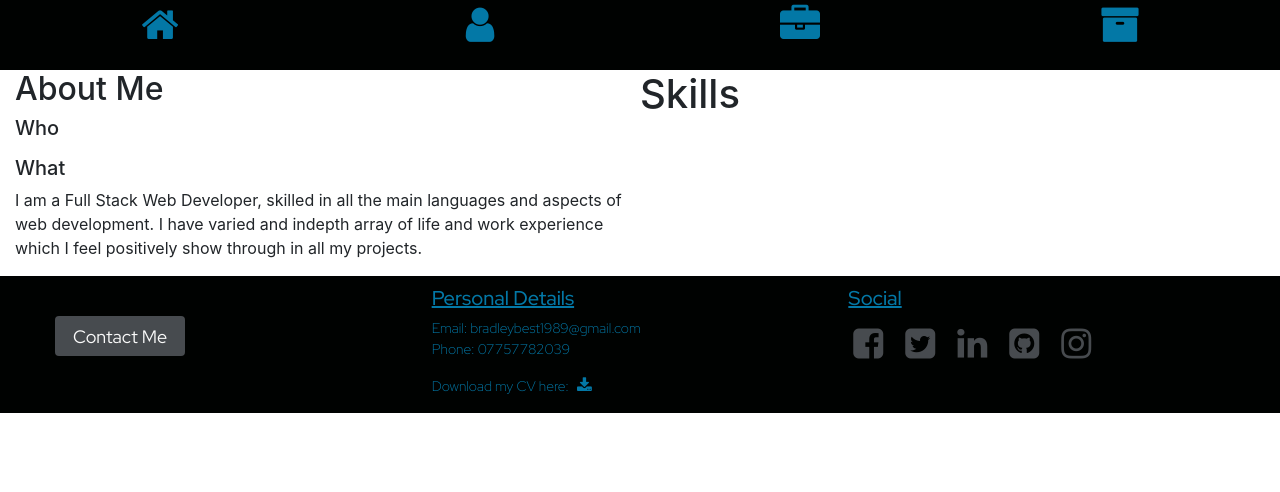
Repository: Brad000/Resume-project
Page: about-me.html
The author's editor kept a record of every edit. The page is drawn from the files as they stood at one moment, then again after the next edit.
The browser window is 1280 px wide. The pictures show the whole page.

Above is the page before.

After the next edit:
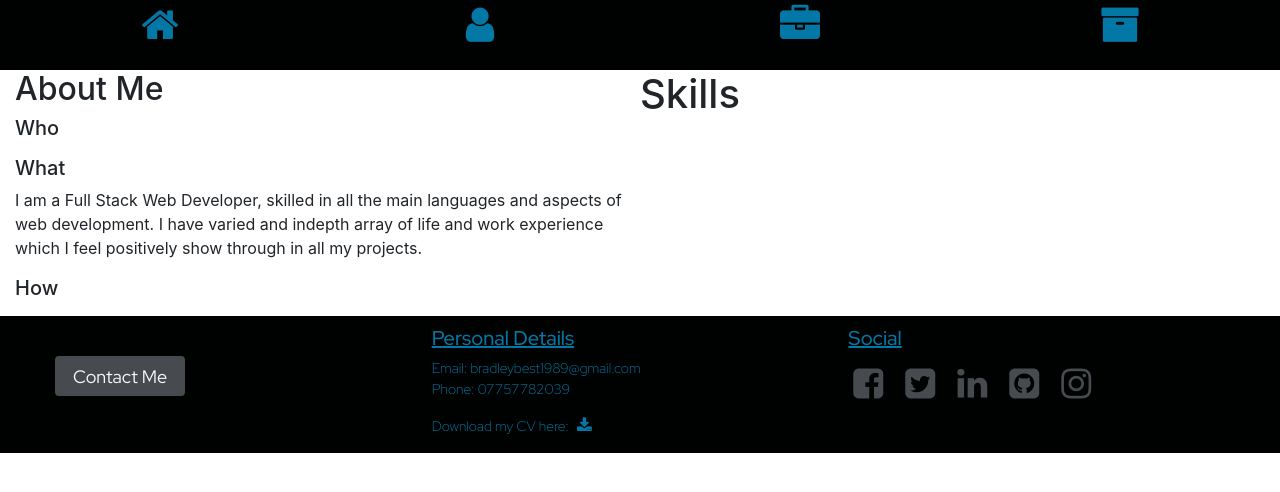
The edit:
--- a/about-me.html
+++ b/about-me.html
@@ -45,6 +45,8 @@
                 <p></p>
                 <h5>What</h5>
                 <p>I am a Full Stack Web Developer, skilled in all the main languages and aspects of web development. I have varied and indepth array of life and work experience which I feel positively show through in all my projects.</p>
+                <h5>How</h5>
+                <p></p>
             </div>
             <div class="col-md-6">
                 <h1>Skills</h1>
